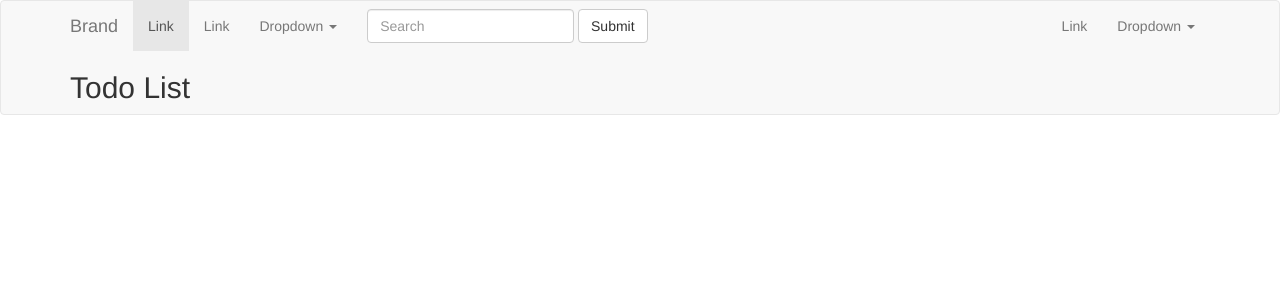
Repository: neoighodaro-articles/migrating-to-laravel
Page: http://localhost/pages/home.php?rel=add
These files come from the project's save history. The page is drawn as it stood at one moment and after the next save; the edit follows.
The browser window is 1280 px wide. The pictures show the whole page.
The page is run by PHP 8.4 with error messages shown; the project is at /var/www/html/.

Above is the page before, as saved 2018-06-12 19:59:03.

After the next save:
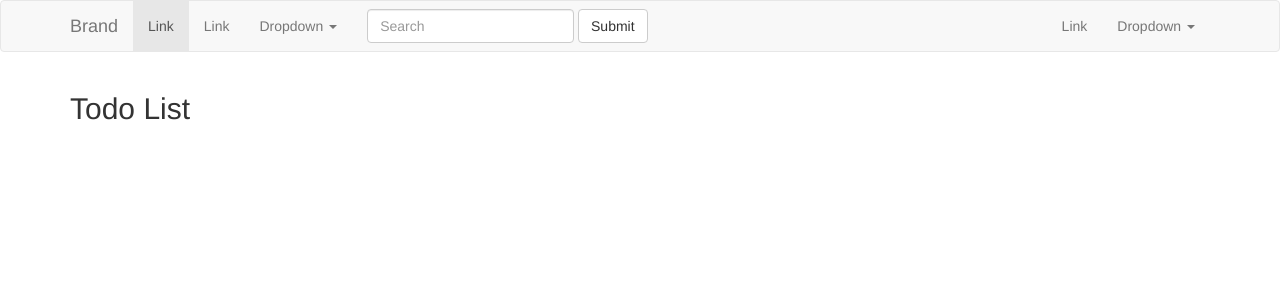
Saved 13 s later.
--- a/vanilla/pages/home.php
+++ b/vanilla/pages/home.php
@@ -61,9 +61,10 @@
     </div><!-- /.navbar-collapse -->
   </div><!-- /.container-fluid -->
 
+</nav>
+
   <div class="container">
     <h2>Todo List</h2>
   </div>
-</nav>
 </body>
 </html>
